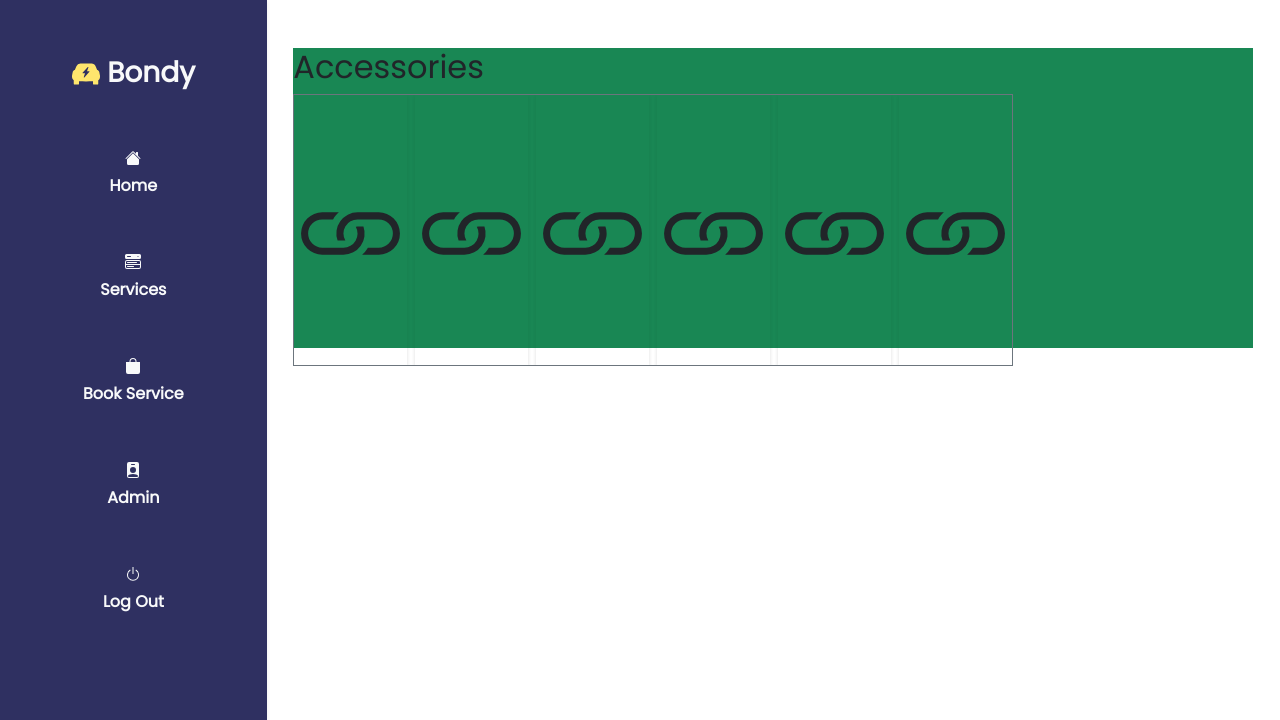
Repository: duzzisantos/bondy
Page: /
The author's editor kept a copy of each file at every save. The page is drawn from the files as they stood at one save, then again after the next save.
The browser window is 1280 px wide. The pictures show the whole page.
Some web libraries are served in a nearby version. The project was rebuilt for these pictures with package versions that can differ from the ones it lists, and the page was loaded fresh each time.

Above is the page before, as saved 2023-06-18 00:25:39.

After the next save:
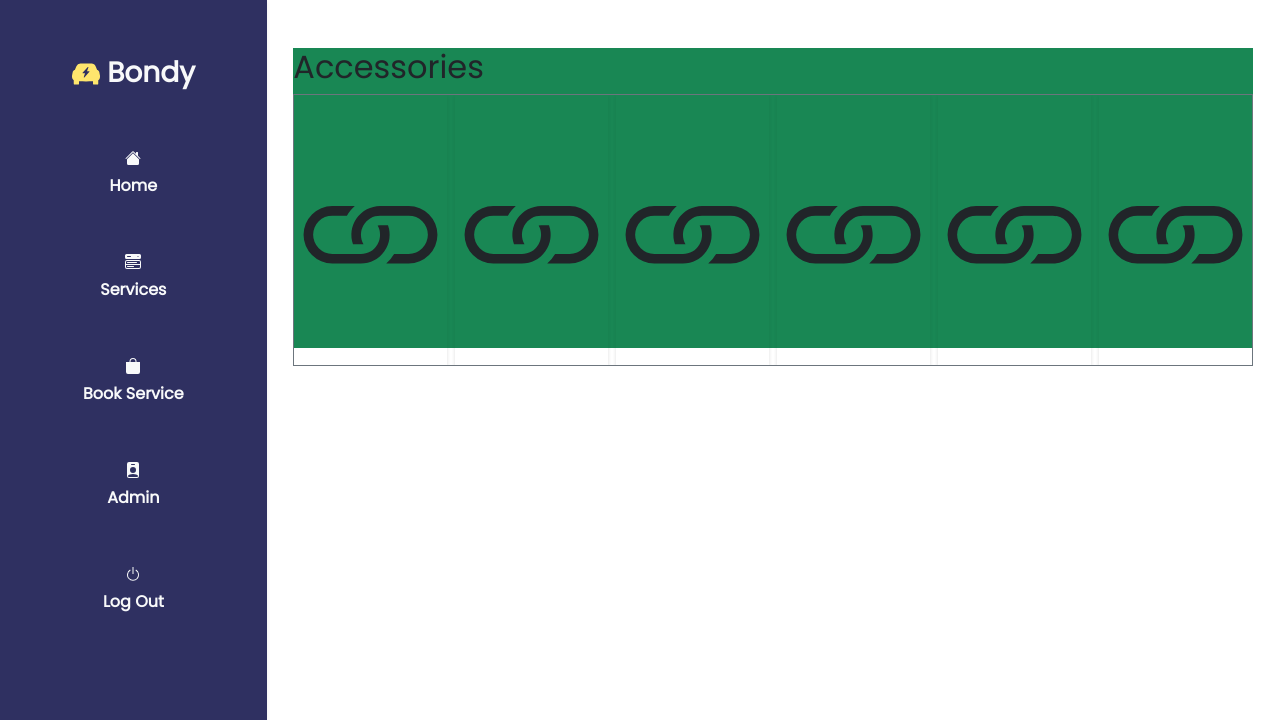
Saved 17 s later.
--- a/src/components/Home/LandingPageScrollContainer.tsx
+++ b/src/components/Home/LandingPageScrollContainer.tsx
@@ -17,7 +17,7 @@ const LandingPageScrollContainer: FunctionComponent<ScrollContainerProps> = ({
   return (
     <section className="col-9 bg-success scroll-container-fixed scroll-container-size">
       <h2 className="text-start">{category}</h2>
-      <div className="col-9 overflow-x-scroll d-flex flex-row hstack gap-2 border border-secondary">
+      <div className=" overflow-x-scroll d-flex flex-row hstack gap-2 border border-secondary">
         {content.map((element, index) => (
           <Link
             to={`/services/${category}`}
